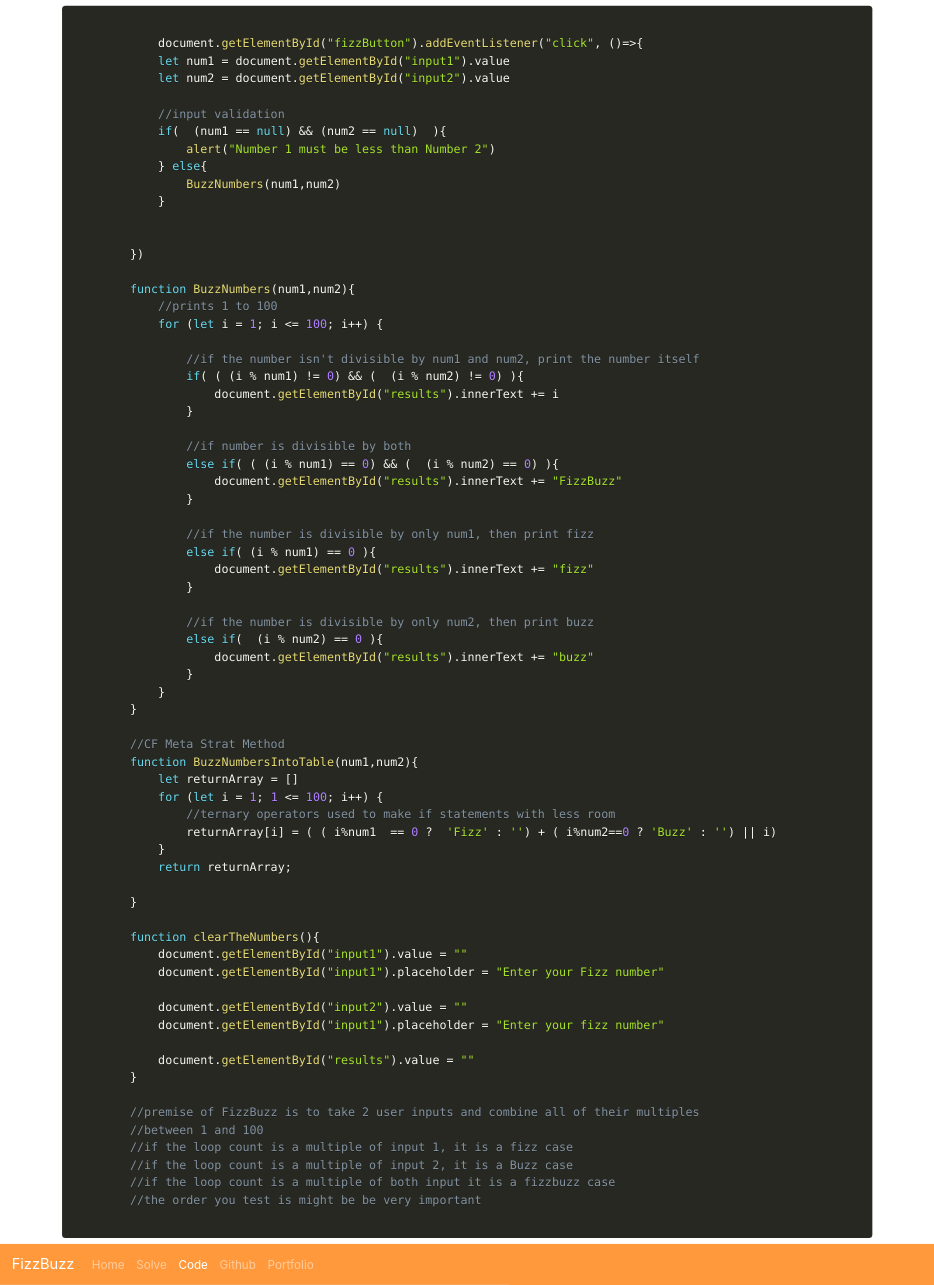
Repository: zhadjah9559/FizzBuzz
Page: code.html
The author's editor kept a copy of each file at every save. The page is drawn from the files as they stood at one save, then again after a run of saves.
The browser window is 1280 px wide. The pictures show the whole page, at 73% of full size.

Above is the page before, as saved 2021-01-12 15:24:45.

### code.html
<!doctype html>
<html lang="en">
  <head>
    <title>Title</title>
    <!-- Required meta tags -->
    <meta charset="utf-8">
    <meta name="viewport" content="width=device-width, initial-scale=1, shrink-to-fit=no">

    <!-- Bootstrap CSS -->
    <link rel="stylesheet" href="https://stackpath.bootstrapcdn.com/bootstrap/4.3.1/css/bootstrap.min.css" integrity="sha384-ggOyR0iXCbMQv3Xipma34MD+dH/1fQ784/j6cY/iJTQUOhcWr7x9JvoRxT2MZw1T" crossorigin="anonymous">
    <link rel="stylesheet" href="css/prism.css">


</head>
  <body>

    <div class="container">
        <div class="row">
            <div class="col">

                <pre><code class="language-javascript">
            document.getElementById("fizzButton").addEventListener("click", ()=>{
            let num1 = document.getElementById("input1").value
            let num2 = document.getElementById("input2").value

            //input validation
            if(  (num1 == null) && (num2 == null)  ){
                alert("Number 1 must be less than Number 2")
            } else{
                BuzzNumbers(num1,num2)
            }


        })

        function BuzzNumbers(num1,num2){
            //prints 1 to 100
            for (let i = 1; i <= 100; i++) {

                //if the number isn't divisible by num1 and num2, print the number itself
                if( ( (i % num1) != 0) && (  (i % num2) != 0) ){
                    document.getElementById("results").innerText += i
                }

                //if number is divisible by both
                else if( ( (i % num1) == 0) && (  (i % num2) == 0) ){
                    document.getElementById("results").innerText += "FizzBuzz"
                }

                //if the number is divisible by only num1, then print fizz
                else if( (i % num1) == 0 ){
                    document.getElementById("results").innerText += "fizz"
                }

                //if the number is divisible by only num2, then print buzz
                else if(  (i % num2) == 0 ){
                    document.getElementById("results").innerText += "buzz"
                }
            }
        }

        //CF Meta Strat Method
        function BuzzNumbersIntoTable(num1,num2){
            let returnArray = []
            for (let i = 1; 1 <= 100; i++) {
                //ternary operators used to make if statements with less room
                returnArray[i] = ( ( i%num1  == 0 ?  'Fizz' : '') + ( i%num2==0 ? 'Buzz' : '') || i)
            }
            return returnArray;

        }

        function clearTheNumbers(){
            document.getElementById("input1").value = ""
            document.getElementById("input1").placeholder = "Enter your Fizz number"

            document.getElementById("input2").value = ""
            document.getElementById("input1").placeholder = "Enter your fizz number"

            document.getElementById("results").value = ""
        }

        //premise of FizzBuzz is to take 2 user inputs and combine all of their multiples
        //between 1 and 100
        //if the loop count is a multiple of input 1, it is a fizz case
        //if the loop count is a multiple of input 2, it is a Buzz case
        //if the loop count is a multiple of both input it is a fizzbuzz case
        //the order you test is might be be very important
            </code></pre>

            </div>
        </div>
    </div>




    <nav class="navbar navbar-expand-sm navbar-dark" style="background-color: #ff993b;">
        <a class="navbar-brand" href="#">FizzBuzz</a>
        <button class="navbar-toggler d-lg-none" type="button" data-toggle="collapse" data-target="#collapsibleNavId" aria-controls="collapsibleNavId"
            aria-expanded="false" aria-label="Toggle navigation"></button>
        <div class="collapse navbar-collapse" id="collapsibleNavId">
            <ul class="navbar-nav mr-auto mt-2 mt-lg-0">
                <li class="nav-item">
                    <a class="nav-link" href="index.html">Home </a>
                </li>
                <li class="nav-item">
                    <a class="nav-link" href="solve.html">Solve </a>
                </li>
                <li class="nav-item">
                    <a class="nav-link active" href="code.html">Code <span class="sr-only">(current)</span></a>
                </li>
                <li class="nav-item">
                    <a class="nav-link" target="_blank" href="https://github.com/zhadjah9559/FizzBuzz">Github</a>
                </li>
                <li class="nav-item">
                    <a class="nav-link" target="_blank" href="https://www.zacharyhadjah.netlify.app">Portfolio</a>
                </li>


            </ul>
        </div>
    </nav>



    <!-- Optional JavaScript -->
    <!-- jQuery first, then Popper.js, then Bootstrap JS -->
    <script src="https://code.jquery.com/jquery-3.3.1.slim.min.js" integrity="sha384-q8i/X+965DzO0rT7abK41JStQIAqVgRVzpbzo5smXKp4YfRvH+8abtTE1Pi6jizo" crossorigin="anonymous"></script>
    <script src="https://cdnjs.cloudflare.com/ajax/libs/popper.js/1.14.7/umd/popper.min.js" integrity="sha384-UO2eT0CpHqdSJQ6hJty5KVphtPhzWj9WO1clHTMGa3JDZwrnQq4sF86dIHNDz0W1" crossorigin="anonymous"></script>
    <script src="https://stackpath.bootstrapcdn.com/bootstrap/4.3.1/js/bootstrap.min.js" integrity="sha384-JjSmVgyd0p3pXB1rRibZUAYoIIy6OrQ6VrjIEaFf/nJGzIxFDsf4x0xIM+B07jRM" crossorigin="anonymous"></script>
    <script src="js/prism.js"></script>


    </body>
</html>

### css/prism.css
/* PrismJS 1.23.0
https://prismjs.com/download.html#themes=prism-okaidia&languages=markup+css+clike+javascript&plugins=line-numbers */
/**
 * okaidia theme for JavaScript, CSS and HTML
 * Loosely based on Monokai textmate theme by http://www.monokai.nl/
 * @author ocodia
 */

code[class*="language-"],
pre[class*="language-"] {
	color: #f8f8f2;
	background: none;
	text-shadow: 0 1px rgba(0, 0, 0, 0.3);
	font-family: Consolas, Monaco, 'Andale Mono', 'Ubuntu Mono', monospace;
	font-size: 1em;
	text-align: left;
	white-space: pre;
	word-spacing: normal;
	word-break: normal;
	word-wrap: normal;
	line-height: 1.5;

	-moz-tab-size: 4;
	-o-tab-size: 4;
	tab-size: 4;

	-webkit-hyphens: none;
	-moz-hyphens: none;
	-ms-hyphens: none;
	hyphens: none;
}

/* Code blocks */
pre[class*="language-"] {
	padding: 1em;
	margin: .5em 0;
	overflow: auto;
	border-radius: 0.3em;
}

:not(pre) > code[class*="language-"],
pre[class*="language-"] {
	background: #272822;
}

/* Inline code */
:not(pre) > code[class*="language-"] {
	padding: .1em;
	border-radius: .3em;
	white-space: normal;
}

.token.comment,
.token.prolog,
.token.doctype,
.token.cdata {
	color: #8292a2;
}

.token.punctuation {
	color: #f8f8f2;
}

.token.namespace {
	opacity: .7;
}

.token.property,
.token.tag,
.token.constant,
.token.symbol,
.token.deleted {
	color: #f92672;
}

.token.boolean,
.token.number {
	color: #ae81ff;
}

.token.selector,
.token.attr-name,
.token.string,
.token.char,
.token.builtin,
.token.inserted {
	color: #a6e22e;
}

.token.operator,
.token.entity,
.token.url,
.language-css .token.string,
.style .token.string,
.token.variable {
	color: #f8f8f2;
}

.token.atrule,
.token.attr-value,
.token.function,
.token.class-name {
	color: #e6db74;
}

.token.keyword {
	color: #66d9ef;
}

.token.regex,
.token.important {
	color: #fd971f;
}

.token.important,
.token.bold {
	font-weight: bold;
}
.token.italic {
	font-style: italic;
}

.token.entity {
	cursor: help;
}

pre[class*="language-"].line-numbers {
	position: relative;
	padding-left: 3.8em;
	counter-reset: linenumber;
}

pre[class*="language-"].line-numbers > code {
	position: relative;
	white-space: inherit;
}

.line-numbers .line-numbers-rows {
	position: absolute;
	pointer-events: none;
	top: 0;
	font-size: 100%;
	left: -3.8em;
	width: 3em; /* works for line-numbers below 1000 lines */
	letter-spacing: -1px;
	border-right: 1px solid #999;

	-webkit-user-select: none;
	-moz-user-select: none;
	-ms-user-select: none;
	user-select: none;

}

	.line-numbers-rows > span {
		display: block;
		counter-increment: linenumber;
	}

		.line-numbers-rows > span:before {
			content: counter(linenumber);
			color: #999;
			display: block;
			padding-right: 0.8em;
			text-align: right;
		}

Loaded but not shown: js/prism.js (library)

After the next 3 saves:
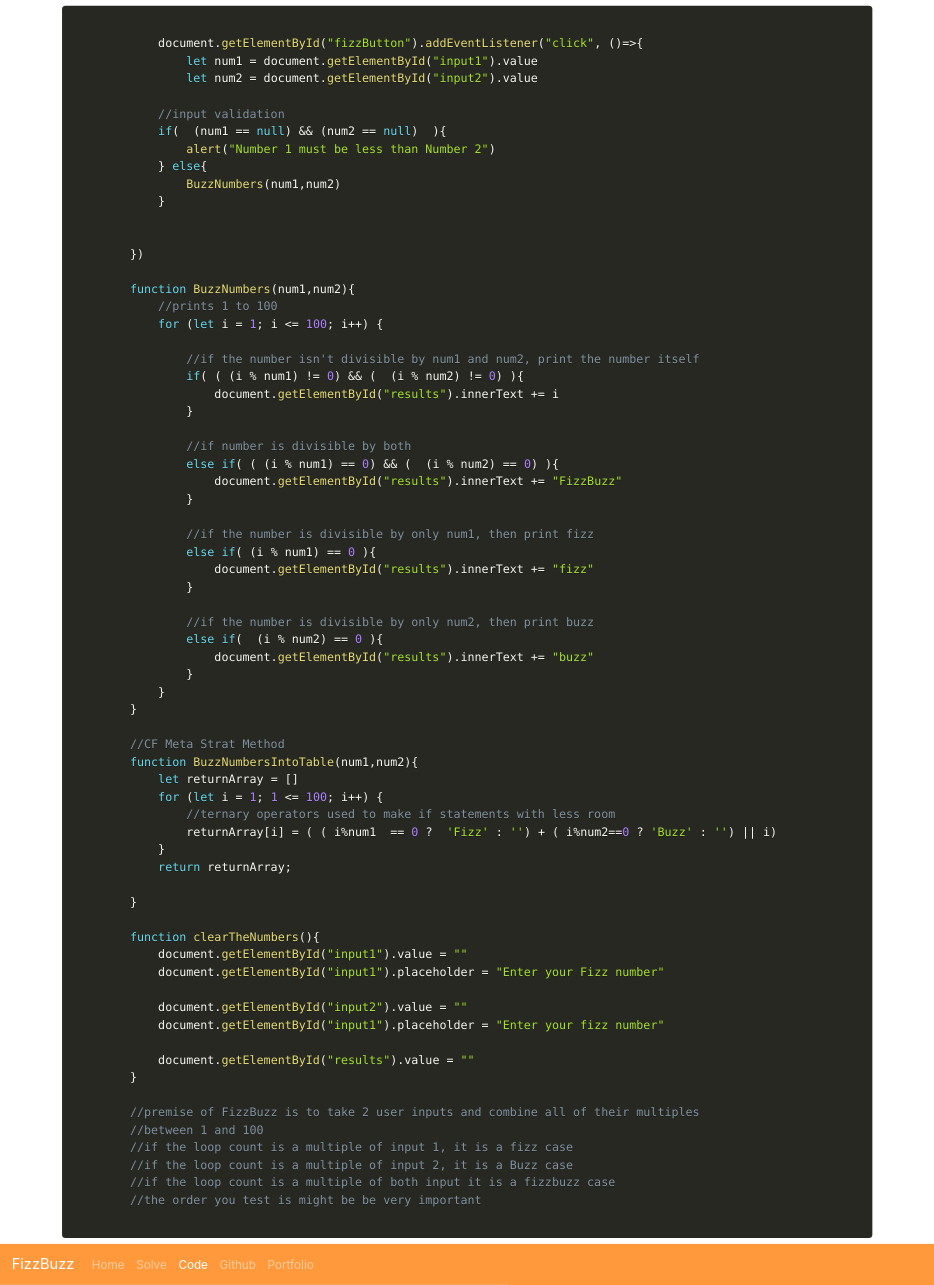
The 3 saves are shown as one change because they came seconds apart.
The last was saved 20 s later.
--- a/code.html
+++ b/code.html
@@ -20,8 +20,8 @@
 
                 <pre><code class="language-javascript">
             document.getElementById("fizzButton").addEventListener("click", ()=>{
-            let num1 = document.getElementById("input1").value
-            let num2 = document.getElementById("input2").value
+                let num1 = document.getElementById("input1").value
+                let num2 = document.getElementById("input2").value
 
             //input validation
             if(  (num1 == null) && (num2 == null)  ){
